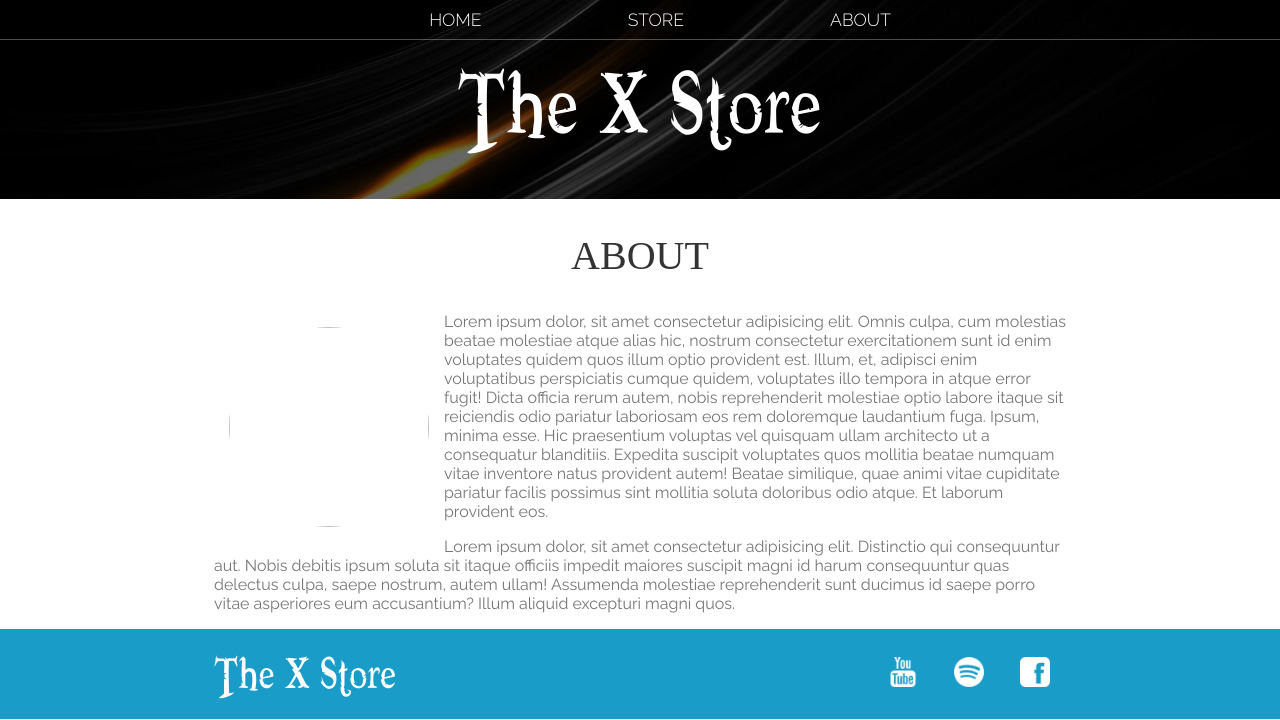
Repository: RL20/Strip_N_Shopping-cart
Page: about.html
These files come from the project's save history. The page is drawn as it stood at one moment and after the next save; the edit follows.
The browser window is 1280 px wide. The pictures show the whole page.
Some web fonts or font styles are not loaded; a fallback is used.

Above is the page before, as saved 2022-08-18 17:58:34.
Not found: Images/bg2.png

### about.html
<!DOCTYPE html>
<html>
  <head>
    <title>The X Store | About</title>
    <meta name="description" content="This is the description" />
    <link rel="stylesheet" href="styles.css" />
  </head>
  <body>
    <header class="main-header">
      <nav class="nav main-nav">
        <ul>
          <li><a href="index.html">HOME</a></li>
          <li><a href="store.html">STORE</a></li>
          <li><a href="about.html">ABOUT</a></li>
        </ul>
      </nav>
      <h1 class="band-name band-name-large">The X Store</h1>
    </header>

    <section class="content-section container">
      <h2 class="section-header">ABOUT</h2>
      <img class="about-band-image" src="Images/bg2.png" />
      <p>
        Lorem ipsum dolor, sit amet consectetur adipisicing elit. Omnis culpa, cum molestias beatae molestiae atque alias hic, nostrum consectetur exercitationem sunt id enim voluptates quidem quos illum optio provident est. Illum, et, adipisci enim voluptatibus perspiciatis cumque quidem, voluptates illo tempora in atque error fugit! Dicta officia rerum autem, nobis reprehenderit molestiae optio labore itaque sit reiciendis odio pariatur laboriosam eos rem doloremque laudantium fuga. Ipsum,
        minima esse. Hic praesentium voluptas vel quisquam ullam architecto ut a consequatur blanditiis. Expedita suscipit voluptates quos mollitia beatae numquam vitae inventore natus provident autem! Beatae similique, quae animi vitae cupiditate pariatur facilis possimus sint mollitia soluta doloribus odio atque. Et laborum provident eos.
      </p>
      <p>Lorem ipsum dolor, sit amet consectetur adipisicing elit. Distinctio qui consequuntur aut. Nobis debitis ipsum soluta sit itaque officiis impedit maiores suscipit magni id harum consequuntur quas delectus culpa, saepe nostrum, autem ullam! Assumenda molestiae reprehenderit sunt ducimus id saepe porro vitae asperiores eum accusantium? Illum aliquid excepturi magni quos.</p>
    </section>

    <footer class="main-footer">
      <div class="container main-footer-container">
        <h3 class="band-name">The X Store</h3>
        <ul class="nav footer-nav">
          <li>
            <a href="https://www.youtube.com" target="_blank">
              <img src="Images/Icons/YouTube Logo.png" />
            </a>
          </li>
          <li>
            <a href="https://www.spotify.com" target="_blank">
              <img src="Images/Icons/Spotify Logo.png" />
            </a>
          </li>
          <li>
            <a href="https://www.facebook.com" target="_blank">
              <img src="Images/Icons/Facebook Logo.png" />
            </a>
          </li>
        </ul>
      </div>
    </footer>
  </body>
</html>

### styles.css
@import url("https://fonts.googleapis.com/css?family=Raleway:300,400,700");
@import url("https://fonts.googleapis.com/css?family=Metal+Mania");

@font-face {
  font-family: "Booter - Zero Zero";
  src: url("Fonts/Booter - Zero Zero.woff") format("woff"), url("Fonts/Booter - Zero Zero.woff2") format("woff2");
  font-weight: normal;
  font-style: normal;
}

* {
  box-sizing: border-box;
  font-family: Raleway;
  color: #777;
}

html,
body {
  margin: 0;
  padding: 0;
  min-height: 100%;
}

.nav ul {
  margin: 0;
}

.nav li {
  display: inline;
}

.nav a {
  display: inline-block;
  padding: 0.5em;
  color: white;
  text-decoration: none;
}

.main-nav {
  text-align: center;
  font-size: 1.1em;
  font-weight: lighter;
  border-bottom: 1px solid rgba(255, 255, 255, 0.3);
}

.main-nav li {
  padding: 0 5%;
}

.nav a:hover {
  background-color: rgba(255, 255, 255, 0.3);
}

.main-header {
  background-color: rgba(0, 0, 0, 0.6);
  background-image: url("Images/Header Background.jpg");
  background-image: url("Images/bg2.jpg");
  background-blend-mode: multiply;
  background-size: cover;
  padding-bottom: 30px;
}

.band-name {
  text-align: center;
  margin: 0;
  font-size: 4em;
  font-family: "Booter - Zero Zero";
  font-weight: normal;
  color: white;
}

.band-name-large {
  font-size: 8em;
}

.content-section {
  margin: 1em;
}

.container {
  max-width: 900px;
  margin: 0 auto;
  padding: 0 1.5em;
}
.section-header {
  font-family: "Metal Mania";
  font-weight: normal;
  color: #333;
  text-align: center;
  font-size: 2.5em;
}

.about-band-image {
  float: left;
  height: 200px;
  width: 200px;
  margin: 15px;
  border-radius: 50%;
}

.main-footer {
  background-color: #1a9cc8;
  color: white;
  padding: 0.25em 0;
}

.main-footer-container {
  display: flex;
  align-items: center;
}

.main-footer-container ul {
  flex-grow: 1;
  text-align: end;
}

.footer-nav li {
  padding: 0 0.5em;
}

.footer-nav img {
  width: 30px;
  height: 30px;
}

.btn {
  text-align: center;
  vertical-align: middle;
  padding: 0.67em 0.67em;
  cursor: pointer;
}

.btn-header {
  margin: 0.5em 15% 2em 15%;
  color: white;
  border: 2px solid #2d9cdb;
  background-color: rgba(255, 255, 255, 0.1);
  border-radius: 0;
  font-size: 1.5em;
  font-weight: lighter;
  padding-left: 2em;
  padding-right: 2em;
}

.btn-header:hover {
  background-color: rgba(255, 255, 255, 0.3);
}

.btn-play {
  display: block;
  margin: 0 auto;
  color: #2d9cdb;
  font-size: 4em;
  border-radius: 50%;
  width: 100px;
  height: 100px;
  padding: 0;
  text-align: center;
}

.btn-primary {
  color: white;
  background-color: #56ccf2;
  border: none;
  border-radius: 0.3em;
  font-weight: bold;
}

.btn-primary:hover {
  background-color: #2d9cdb;
}

.tour-row {
  border-bottom: 1px solid black;
  padding-bottom: 1em;
  margin-bottom: 1em;
}

.tour-row:last-child {
  border: none;
}

.tour-item {
  display: inline-block;
  padding-right: 0.5em;
}

.tour-date {
  color: #555;
  width: 11%;
  font-weight: bold;
}

.tour-city {
  width: 24%;
}

.tour-arena {
  width: 42%;
}

.tour-btn {
  max-width: 19%;
}

.shop-item {
  margin: 30px;
}

.shop-item-title {
  display: block;
  width: 100%;
  text-align: center;
  font-weight: bold;
  font-size: 1.5em;
  color: #333;
  margin-bottom: 15px;
}

.shop-item-image {
  height: 250px;
}

.shop-item-details {
  display: flex;
  align-items: center;
  padding: 5px;
}

.shop-item-price {
  flex-grow: 1;
  color: #333;
}

.shop-items {
  display: flex;
  flex-wrap: wrap;
  justify-content: space-around;
}

.cart-header {
  font-weight: bold;
  font-size: 1.25em;
  color: #333;
}

.cart-column {
  display: flex;
  align-items: center;
  border-bottom: 1px solid black;
  margin-right: 1.5em;
  padding-bottom: 10px;
  margin-top: 10px;
}

.cart-row {
  display: flex;
}

.cart-item {
  width: 45%;
}

.cart-price {
  width: 20%;
  font-size: 1.2em;
  color: #333;
}

.cart-quantity {
  width: 35%;
}

.cart-item-title {
  color: #333;
  margin-left: 0.5em;
  font-size: 1.2em;
}

.cart-item-image {
  width: 75px;
  height: auto;
  border-radius: 10px;
}

.btn-danger {
  color: white;
  background-color: #eb5757;
  border: none;
  border-radius: 0.3em;
  font-weight: bold;
}

.btn-danger:hover {
  background-color: #cc4c4c;
}

.cart-quantity-input {
  height: 34px;
  width: 50px;
  border-radius: 5px;
  border: 1px solid #56ccf2;
  background-color: #eee;
  color: #333;
  padding: 0;
  text-align: center;
  font-size: 1.2em;
  margin-right: 25px;
}

.cart-row:last-child {
  border-bottom: 1px solid black;
}

.cart-row:last-child .cart-column {
  border: none;
}

.cart-total {
  text-align: end;
  margin-top: 10px;
  margin-right: 10px;
}

.cart-total-title {
  font-weight: bold;
  font-size: 1.5em;
  color: black;
  margin-right: 20px;
}

.cart-total-price {
  color: #333;
  font-size: 1.1em;
}

.btn-purchase {
  display: block;
  margin: 40px auto 80px auto;
  font-size: 1.75em;
}

After the next save:
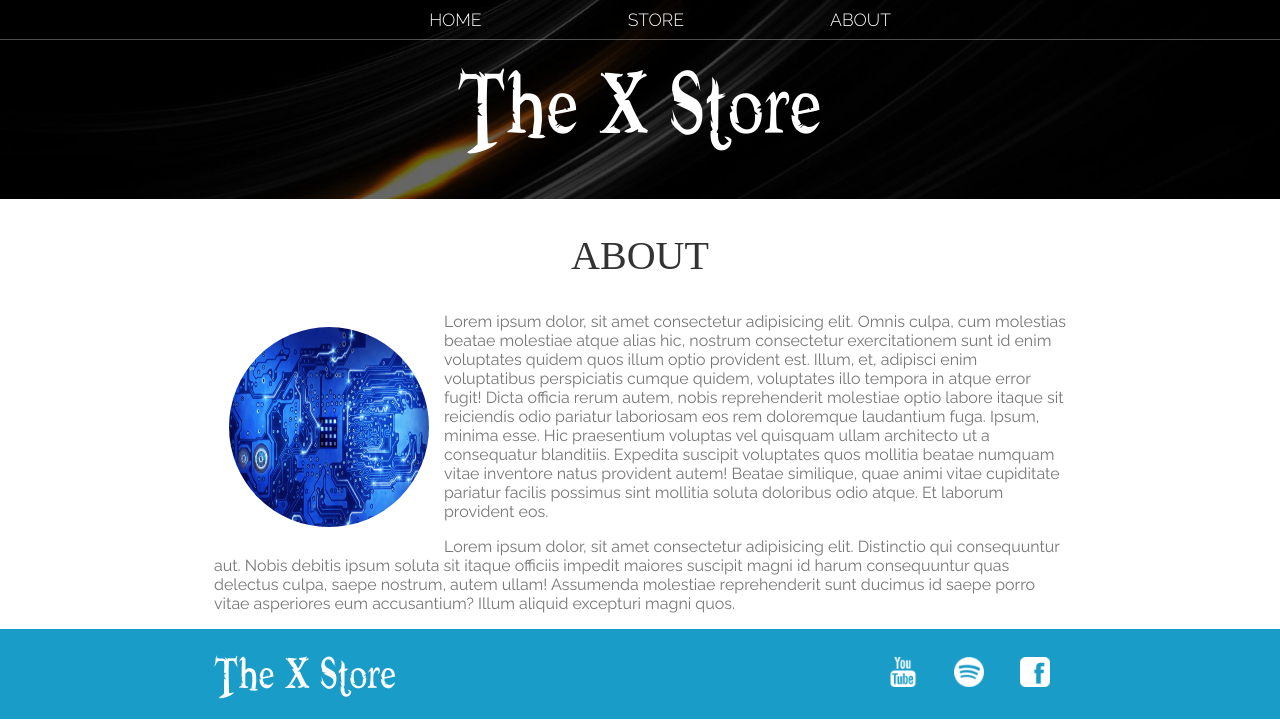
Saved 19 s later.
--- a/about.html
+++ b/about.html
@@ -19,7 +19,7 @@
 
     <section class="content-section container">
       <h2 class="section-header">ABOUT</h2>
-      <img class="about-band-image" src="Images/bg2.png" />
+      <img class="about-band-image" src="Images/bg1.png" />
       <p>
         Lorem ipsum dolor, sit amet consectetur adipisicing elit. Omnis culpa, cum molestias beatae molestiae atque alias hic, nostrum consectetur exercitationem sunt id enim voluptates quidem quos illum optio provident est. Illum, et, adipisci enim voluptatibus perspiciatis cumque quidem, voluptates illo tempora in atque error fugit! Dicta officia rerum autem, nobis reprehenderit molestiae optio labore itaque sit reiciendis odio pariatur laboriosam eos rem doloremque laudantium fuga. Ipsum,
         minima esse. Hic praesentium voluptas vel quisquam ullam architecto ut a consequatur blanditiis. Expedita suscipit voluptates quos mollitia beatae numquam vitae inventore natus provident autem! Beatae similique, quae animi vitae cupiditate pariatur facilis possimus sint mollitia soluta doloribus odio atque. Et laborum provident eos.
